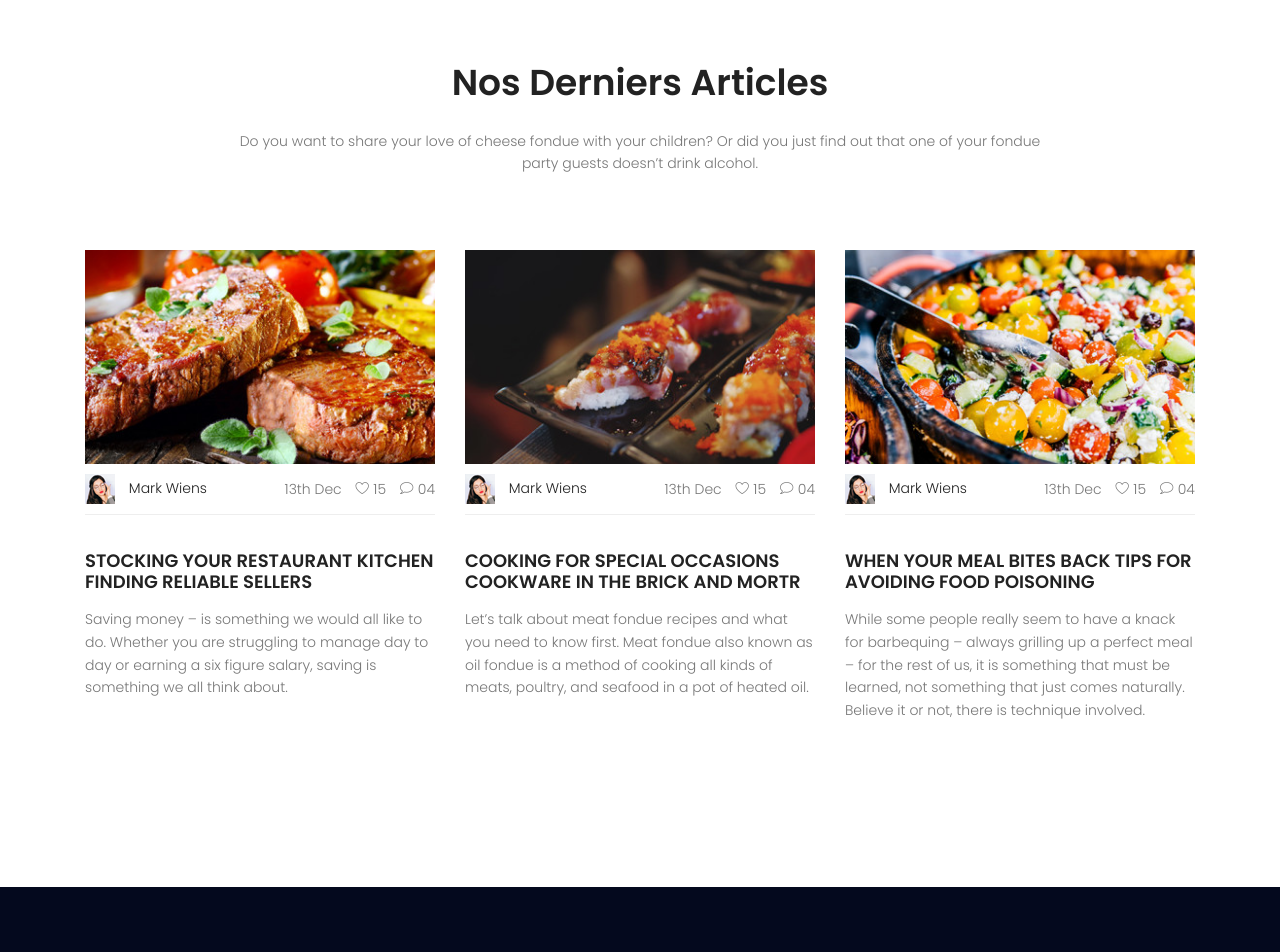
Repository: Nononolan45/CAT-FRONT
Page: liste-des-animaux.html
These files come from the project's save history. The page is drawn as it stood at one moment and after the next save; the edit follows.
The browser window is 1280 px wide. The pictures show the part of the page from y = 1270 to 2222 px (the page is 2501 px tall before and 1984 px after).
Some web libraries are served in a nearby version.

Above is the page before, as saved 2021-07-02 09:17:01.
Console error: ReferenceError: URI is not defined

After the next save:
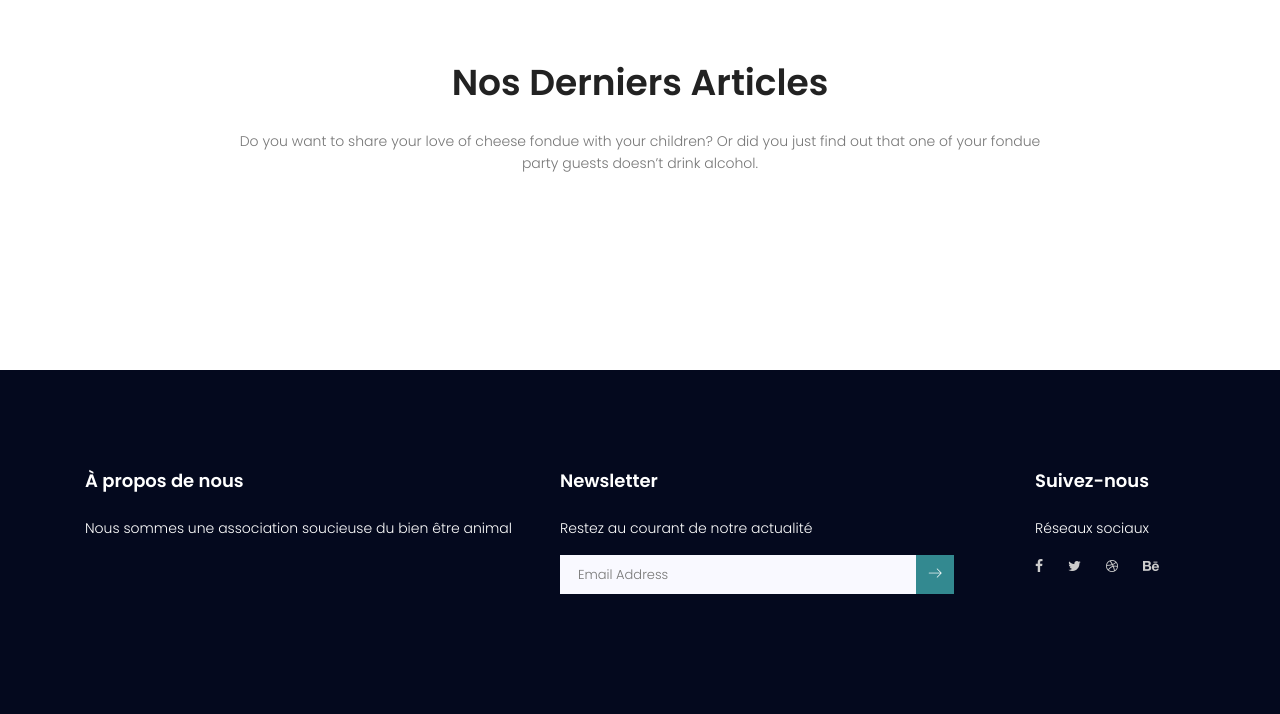
Saved 2 min 27 s later.
--- a/liste-des-animaux.html
+++ b/liste-des-animaux.html
@@ -242,76 +242,7 @@
                         </p>
                     </div>
                 </div>
-                <div class="row">
-                    <div class="single-blog col-lg-4 col-md-4">
-                        <div class="thumb">
-                            <img class="f-img img-fluid mx-auto" src="img/b1.jpg" alt="">
-                        </div>
-                        <div class="bottom d-flex justify-content-between align-items-center flex-wrap">
-                            <div>
-                                <img class="img-fluid" src="img/user.png" alt="">
-                                <a href="#"><span>Mark Wiens</span></a>
-                            </div>
-                            <div class="meta">
-                                13th Dec
-                                <span class="lnr lnr-heart"></span> 15
-                                <span class="lnr lnr-bubble"></span> 04
-                            </div>
-                        </div>
-                        <a href="#">
-                            <h4>Stocking Your Restaurant
-                            Kitchen Finding Reliable Sellers</h4>
-                        </a>
-                        <p>
-                            Saving money – is something we would all like to do. Whether you are struggling to manage day to day or earning a six figure salary, saving is something we all think about.
-                        </p>
-                    </div>
-                    <div class="single-blog col-lg-4 col-md-4">
-                        <div class="thumb">
-                            <img class="f-img img-fluid mx-auto" src="img/b2.jpg" alt="">
-                        </div>
-                        <div class="bottom d-flex justify-content-between align-items-center flex-wrap">
-                            <div>
-                                <img class="img-fluid" src="img/user.png" alt="">
-                                <a href="#"><span>Mark Wiens</span></a>
-                            </div>
-                            <div class="meta">
-                                13th Dec
-                                <span class="lnr lnr-heart"></span> 15
-                                <span class="lnr lnr-bubble"></span> 04
-                            </div>
-                        </div>
-                        <a href="#">
-                            <h4>Cooking For Special Occasions
-                            Cookware In The Brick And Mortr</h4>
-                        </a>
-                        <p>
-                            Let’s talk about meat fondue recipes and what you need to know first. Meat fondue also known as oil fondue is a method of cooking all kinds of meats, poultry, and seafood in a pot of heated oil.
-                        </p>
-                    </div>
-                    <div class="single-blog col-lg-4 col-md-4">
-                        <div class="thumb">
-                            <img class="f-img img-fluid mx-auto" src="img/b3.jpg" alt="">
-                        </div>
-                        <div class="bottom d-flex justify-content-between align-items-center flex-wrap">
-                            <div>
-                                <img class="img-fluid" src="img/user.png" alt="">
-                                <a href="#"><span>Mark Wiens</span></a>
-                            </div>
-                            <div class="meta">
-                                13th Dec
-                                <span class="lnr lnr-heart"></span> 15
-                                <span class="lnr lnr-bubble"></span> 04
-                            </div>
-                        </div>
-                        <a href="#">
-                            <h4>When Your Meal Bites Back Tips For
-                            Avoiding Food Poisoning</h4>
-                        </a>
-                        <p>
-                            While some people really seem to have a knack for barbequing – always grilling up a perfect meal – for the rest of us, it is something that must be learned, not something that just comes naturally. Believe it or not, there is technique involved.
-                        </p>
-                    </div>
+                <div class="row" id="list-article">
 
 
                 </div>
